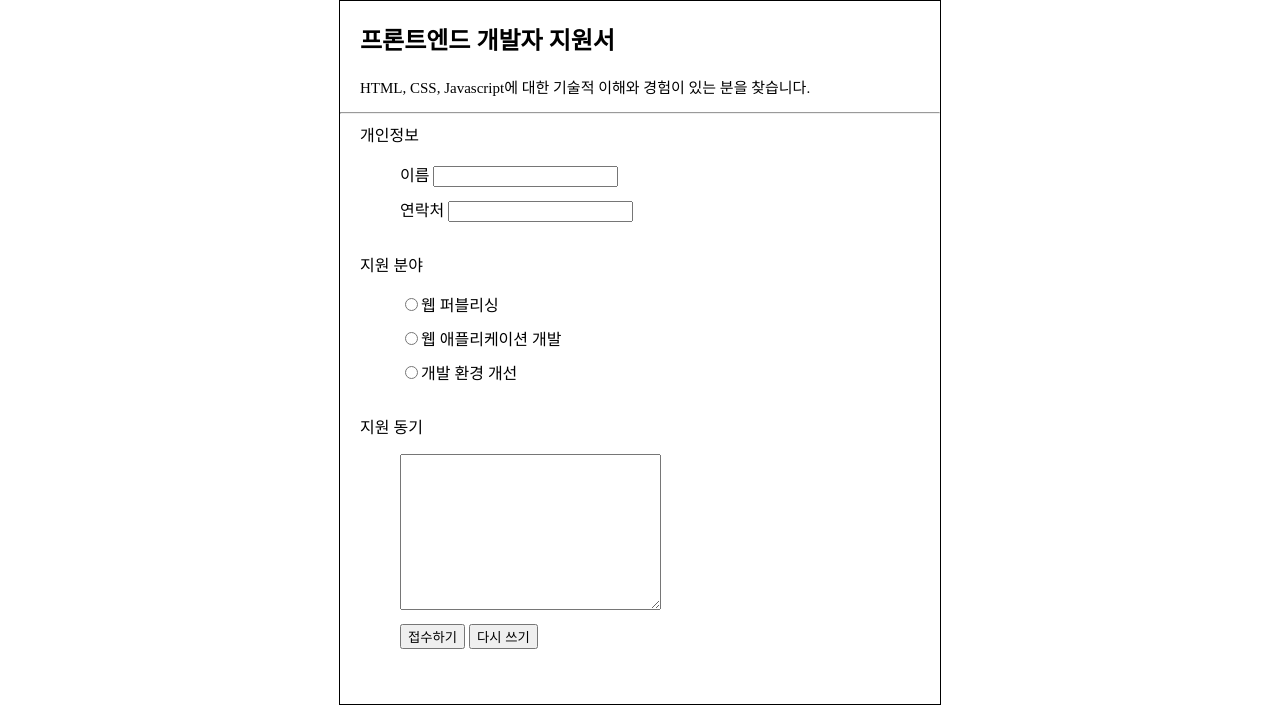
Repository: b1996om/HTML-CSS_study
Page: Practice/public/prac_03.html
These files come from the project's save history. The page is drawn as it stood at one moment and after the next save; the edit follows.
The browser window is 1280 px wide. The pictures show the whole page.

Above is the page before, as saved 2022-12-12 06:17:47.

After the next save:
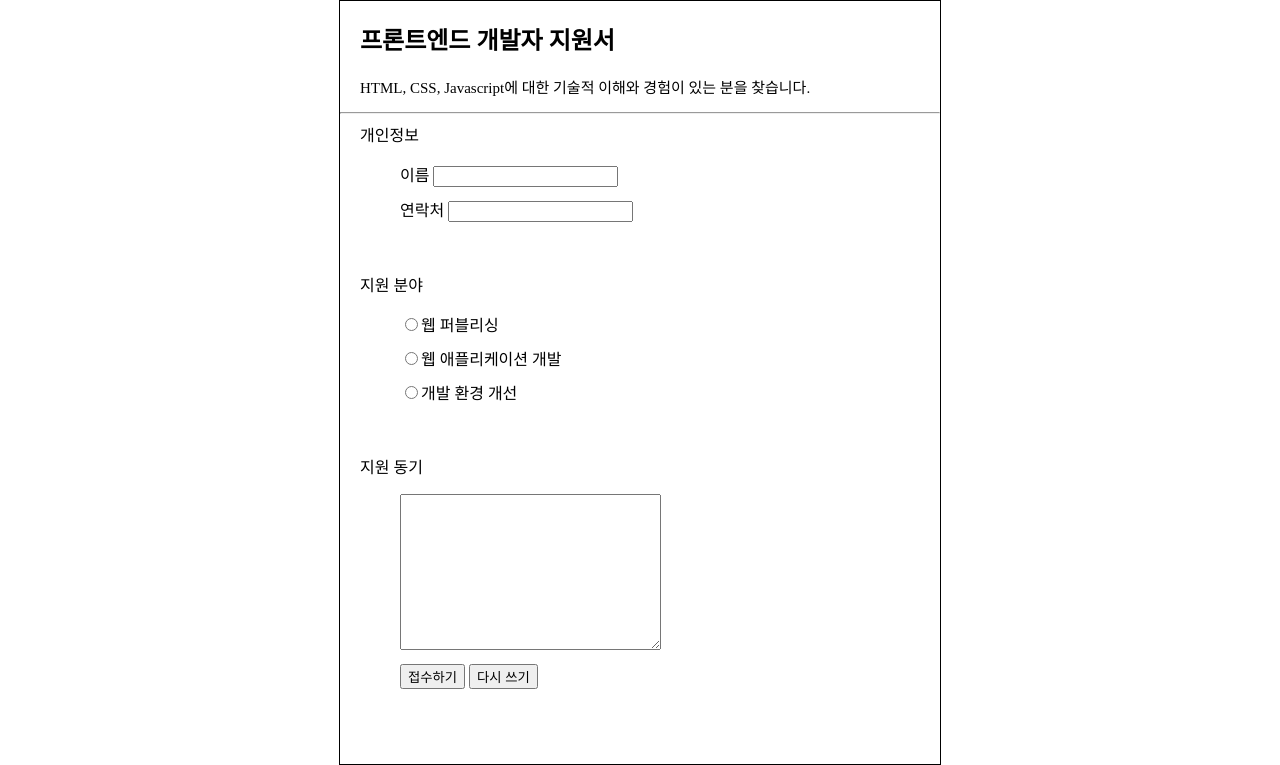
Saved 5 s later.
--- a/Practice/public/prac_03.html
+++ b/Practice/public/prac_03.html
@@ -33,7 +33,7 @@
 		}
 		.main {
 			margin-left:20px;
-			margin-bottom:30px;
+			margin-bottom:50px;
 		}
 
 
